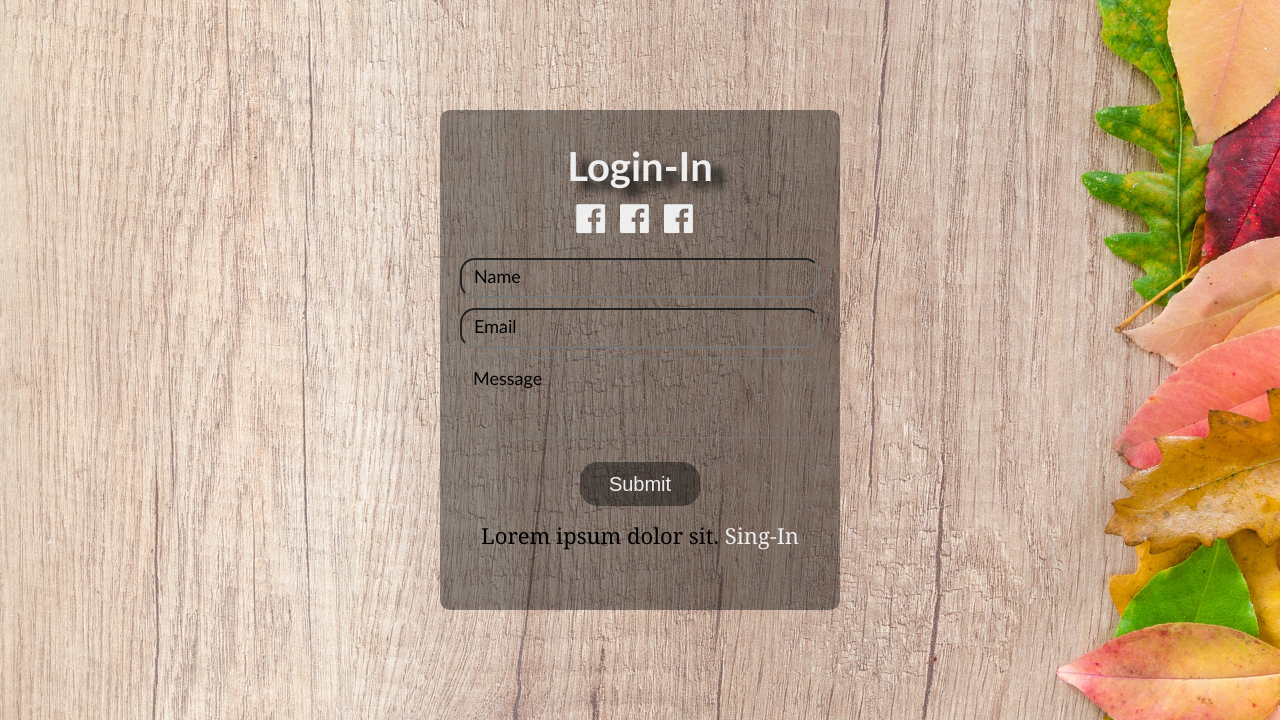
Repository: imedakrouti/BookStore
Page: ex.html
An editor plug-in stored every save of this project. The page is shown before and after the next save, followed by the edit.
The browser window is 1280 px wide. The pictures show the whole page.
Some web libraries are served in a nearby version.

Above is the page before, as saved 2020-05-08 16:08:56.

### ex.html
<!DOCTYPE html>
<html lang="en">
<head>
    <meta charset="UTF-8">
    <meta name="viewport" content="width=device-width, initial-scale=1.0">
    <link rel="stylesheet" href="https://use.fontawesome.com/releases/v5.0.10/css/all.css" integrity="sha384-+d0P83n9kaQMCwj8F4RJB66tzIwOKmrdb46+porD/OvrJ+37WqIM7UoBtwHO6Nlg" crossorigin="anonymous">

    <title>Document</title>
</head>
<style>
    *{
        margin: 0;
        padding: 0;
        box-sizing: border-box;
    }
    .contact{
        height: 100vh;
        background:url('images/img/wood-bg.jpeg')no-repeat center center/cover;
        display: flex;
        flex-direction: column;
        align-items: center;
        justify-content: center;
    }
    .form-contact{
        width: 400px;
        height: 500px;
        padding: 20px;
        background:rgba(0,0,0,.4);
        text-align: center;
        border-radius:10px;
    }
    .form-contact h2{
        font-size: 40px;
        font-family: 'Gill Sans', 'Gill Sans MT', Calibri, 'Trebuchet MS', sans-serif;
        color:#eee;
        margin:12px 0;
        text-transform: capitalize;
        text-shadow: 12px 8px 9px #000;
    }
    .social-media{

    }
    .social-media i{
        font-size: 33px;
        color:#eee;
        margin-right: 11px;
        margin-bottom: 13px;
    }
    .form-contact input[type='text'],
    .form-contact input[type='email']
    {
        display: block;
        padding: 0.375rem 0.75rem;
        font-size: 1rem;
        line-height: 1.5;
        margin: 10px auto;
        width: 100%;

        background:transparent;
        border-radius:15px;
        outline: none;

    }
    .form-contact textarea{
        resize: none;
        background:transparent;
        border-radius:15px;
        outline: none;
        display: block;
        padding: 0.375rem 0.75rem;
        font-size: 1rem;
        line-height: 1.5;
        margin: 10px auto;
        width: 100%;
        height: 80px;

    }
    .form-contact input::placeholder,
    .form-contact textarea::placeholder{
        color:#000;
        font-family: 'Gill Sans', 'Gill Sans MT', Calibri, 'Trebuchet MS', sans-serif;
        font-size: 18px;
    }
    .form-contact .btn{
        display: inline-block;
        font-weight: 400;
        text-align: center;
        white-space: nowrap;
        vertical-align: middle;
        -webkit-user-select: none;
        -moz-user-select: none;
        -ms-user-select: none;
        user-select: none;
        border: 1px solid transparent;
        padding: 0.375rem 1.75rem;
        font-size: 1.25rem;
        color:#eee;
        line-height: 1.5;
        background:rgba(0,0,0,.4);
        cursor:pointer;
        border-radius:18px;
        transition: all .7s;
        margin:14px;
    }
    .btn:hover{
        color:rgba(0,0,0,.8);
        background:#eee;
    }
    .form-contact p{
        font-family: Georgia, 'Times New Roman', Times, serif;
        font-size: 22px;

    }
    .form-contact .sign{
        text-decoration: none;
        color:#eee;
    }
    @media screen and (max-width: 500px){
        .contact{
            height: 100%;
            padding:30px
        }
    }
    /* header{
    height: 100vh;
    background:linear-gradient(rgba(234,236,244,0.6),rgba(123,120,111,0.7)),url('images/img/header-bg.jpeg')no-repeat fixed center /cover;
    clip-path: polygon(0 0, 100% 0, 100% 90%, 0 100%);
    display: flex;
    align-items: center;
    justify-content: center;
  }
    .nav{
        align-self: flex-start;
        position: absolute;
        padding: 30px;
        width: 100%;
        display: flex;
        justify-content: space-between;
    }
    ul{
      display: flex;
     align-items: center;

    }
    .text-center{
        text-align: center;
    }
    .text-center a{
        display: block;
        margin-bottom: 8px;
        padding: 4px 20px;
        background: transparent;
        text-decoration: none;
        border:1px solid yellow;
        color:yellow
    }
    .text-center a:hover{
        background:yellow;
        color:#eee
    }
    ul li{
        list-style: none;
        margin: 0 30px;
    }
    ul li a{
        text-decoration: none;
       padding: 0.75rem;
       margin: 0.025rem;
        color:#eee;
        background:#444;
        font-size: 20px;
        font-family: Cambria, Cochin, Georgia, Times, 'Times New Roman', serif;
        text-transform: uppercase;
        border-radius: 12px;
    }
    @media screen and (max-width: 500px){
        .nav a img{
            width: 80px;
            height: 80px;
        }
        .nav ul{
            display: block;
        }
    } */

</style>
<body>
    <!-- <header>
        <div class="nav">
                <a href=""><img src="images/img/book.png" alt="" width="200px"height="30px"></a>

            <ul>
                <li><a href="">home</a></li>
                <li><a href="">home</a></li>
                <li><a href="">home</a></li>
                <li><a href="">home</a></li>

            </ul>
        </div>
        <div class="logo text-center">
            <p>Lorem ipsum dolor sit amet consectetur adipisicing elit. Placeat, adipisci repudiandae.</p>
            <a href="">aaaa</a>
            <a href="">aaaa</a>
        </div>
    </header> -->
    <section class="contact">
        <form action=""class="form-contact">
            <h2>Login-in</h2>
            <div class="social-media">
                <i class="fab fa-facebook fa-3x fa-circle"> </i>
                <i class="fab fa-facebook fa-3x"> </i>
                <i class="fab fa-facebook fa-3x"> </i>
            </div>

              <input type="text" class="form-control" name="" id="" aria-describedby="helpId" placeholder="Name">
              <input type="email" class="form-control" name="" id="" aria-describedby="helpId" placeholder="Email">
             <textarea name="" id="" cols="30" rows="10"placeholder="Message"></textarea>
             <button type="submit" class="btn btn-primary">Submit</button>
             <P>Lorem ipsum dolor sit. <a href=""class="sign">Sing-In</a></P>
        </form>
    </section>

</body>
</html>

After the next save:
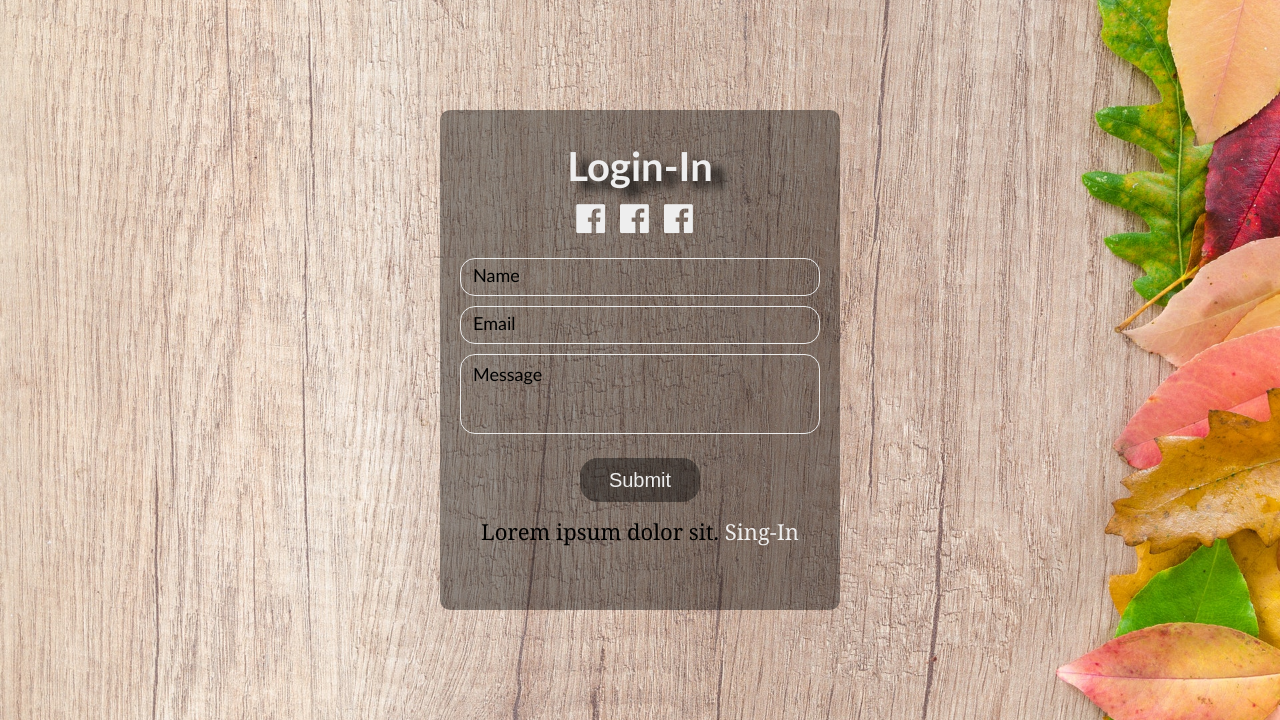
Saved 2 min 7 s later.
--- a/ex.html
+++ b/ex.html
@@ -28,6 +28,7 @@
         background:rgba(0,0,0,.4);
         text-align: center;
         border-radius:10px;
+
     }
     .form-contact h2{
         font-size: 40px;
@@ -59,7 +60,7 @@
         background:transparent;
         border-radius:15px;
         outline: none;
-
+        border:1px solid #eee
     }
     .form-contact textarea{
         resize: none;
@@ -73,7 +74,7 @@
         margin: 10px auto;
         width: 100%;
         height: 80px;
-
+        border:1px solid #eee
     }
     .form-contact input::placeholder,
     .form-contact textarea::placeholder{
